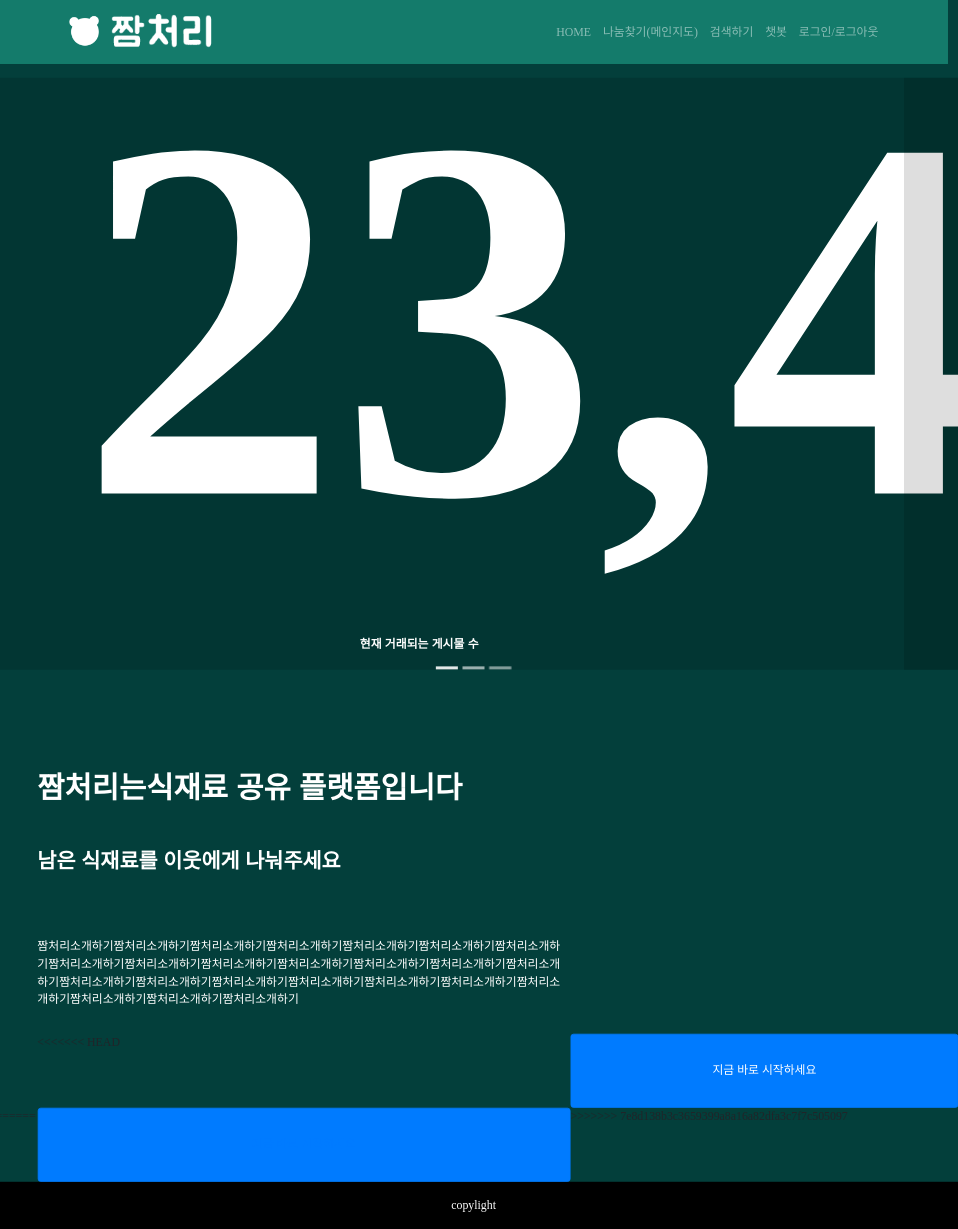
Repository: navang/JJAM_project
Page: http://localhost/jjam/jjam_1_index.jsp
An editor plug-in stored every save of this project. The page is shown before and after the next save, followed by the edit.
The browser window is 1280 px wide. The page is 1295 px wide, so the pictures cover 1295 px, including what lies to the right of the window. The pictures show the whole page, at 74% of full size.
Some web fonts or font styles are not loaded; a fallback is used. Some web libraries are served in a nearby version. The page is served by Tomcat 9. Nobody is signed in. The application's start-up code is not run.

Above is the page before, as saved 2019-07-15 09:12:10.

After the next save:
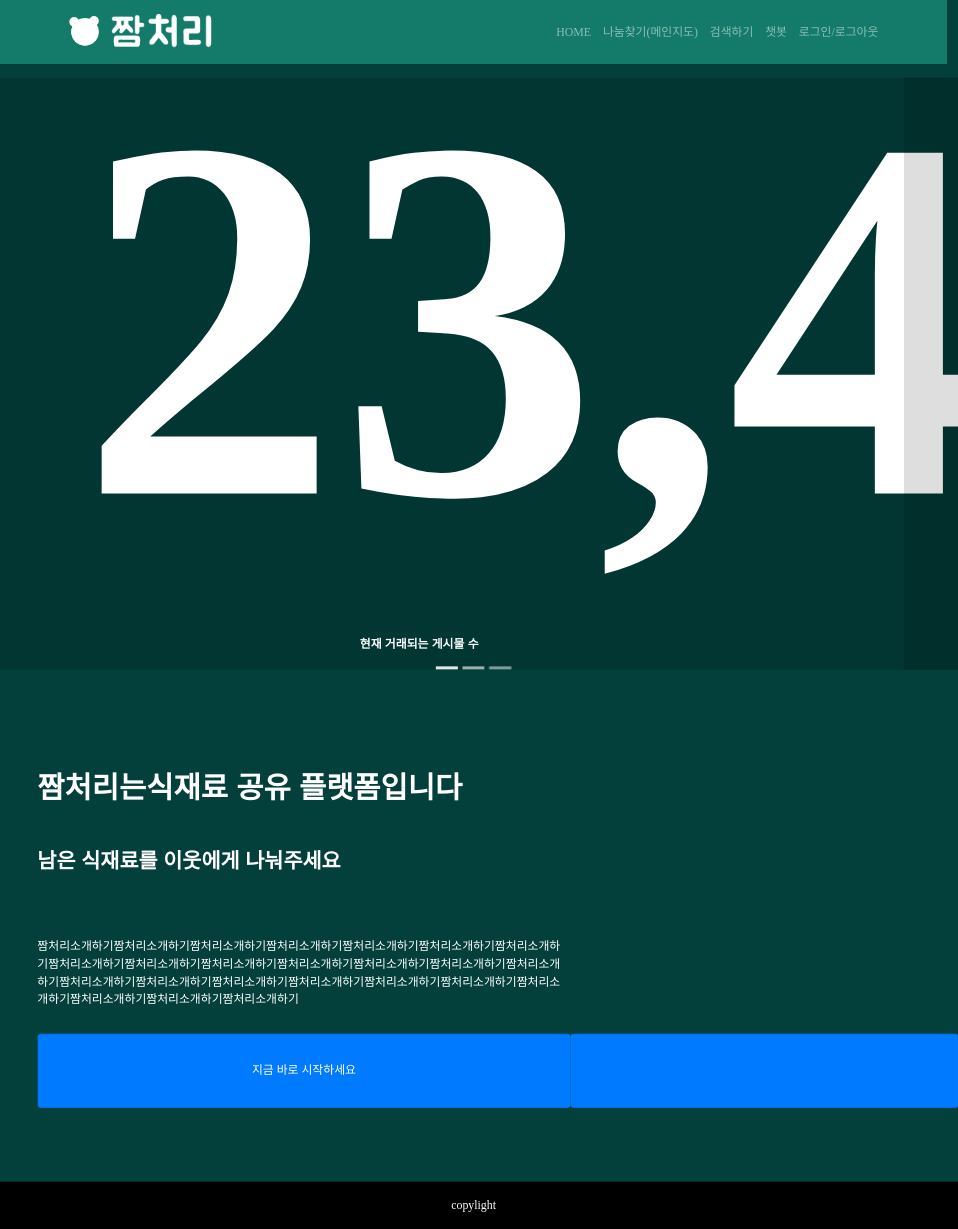
Saved 21 min 32 s later.
--- a/jjam/src/main/webapp/jjam_1_index.jsp
+++ b/jjam/src/main/webapp/jjam_1_index.jsp
@@ -123,11 +123,10 @@
              <div class=""></div>
              <div class=""></div>
              <div class=""></div>
-<<<<<<< HEAD
+
              <button class="btn btn-primary" type="button"  onclick="location.href='customerLogin.do'">지금 바로 시작하세요 </button><!--다음페이지 링크 버튼-->
-=======
+
              <button class="btn btn-primary" type="button"><a href="./jjam_3_form.jsp">지금 바로 시작하세요</a></button><!--다음페이지 링크 버튼-->
->>>>>>> 7e8d138b3c3659399a8a16a82dfa3c7f7c505097
              <div class=""></div>
 
 
